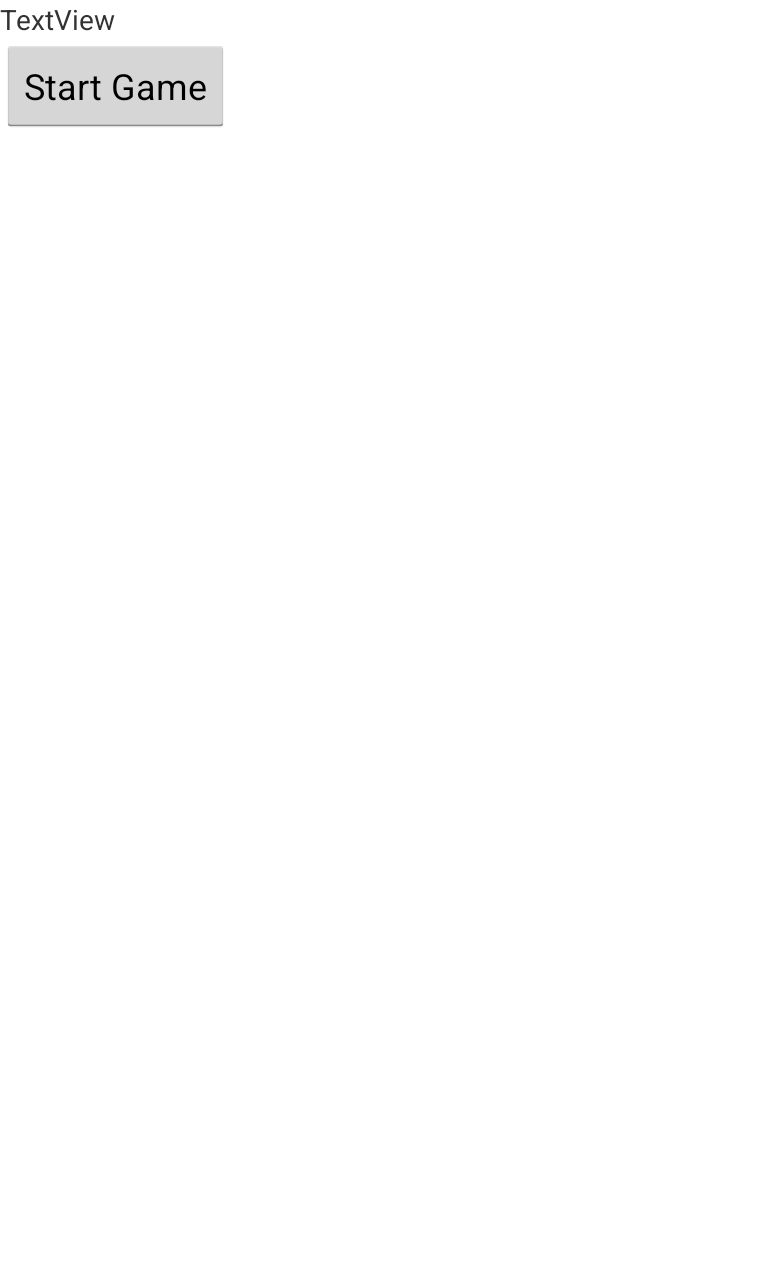
Repository: RayyLim/LiarPoker
Layout: LiarPoker/res/layout/waitroom_main.xml
These files come from the project's save history. The layout is drawn as it stood at one moment and after the next save; the edit follows.
It is drawn on a 768 x 1280 px phone screen (xhdpi) without system bars, with theme AppTheme; the app's code is not run. Lists and similar views that code fills are empty.

Above is the layout before, as saved 2012-07-22 04:28:53.

After the next save:
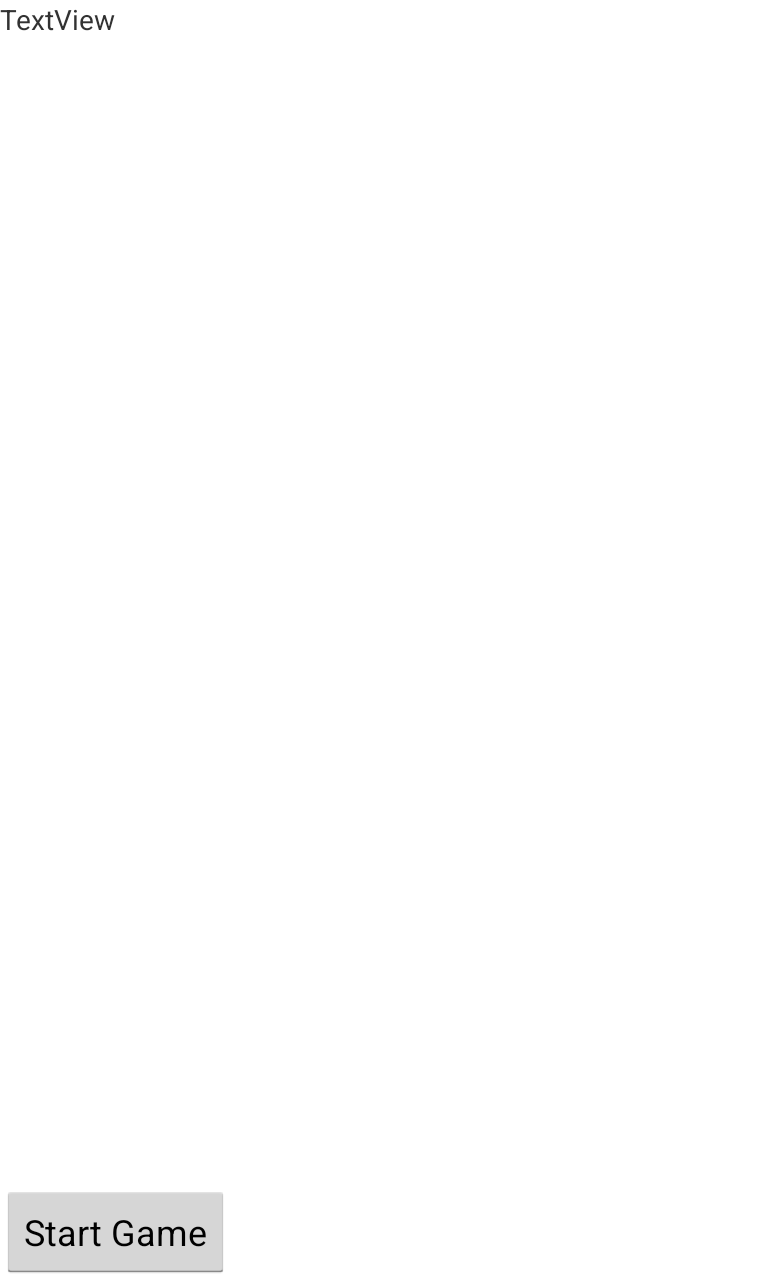
Saved 30 s later.
--- a/LiarPoker/res/layout/waitroom_main.xml
+++ b/LiarPoker/res/layout/waitroom_main.xml
@@ -12,15 +12,16 @@
     <ListView
         android:id="@+id/playerlist"
         android:layout_width="match_parent"
-        android:layout_height="wrap_content"
-        android:scrollbars="vertical">
+        android:layout_height="376dp"
+        android:layout_weight="0.46"
+        android:scrollbars="vertical" >
     </ListView>
 
     <Button
         android:id="@+id/startgamebutton"
         android:layout_width="wrap_content"
         android:layout_height="wrap_content"
-        android:text="Start Game"
-        android:onClick="startGame"/>
+        android:onClick="startGame"
+        android:text="Start Game" />
 
 </LinearLayout>
